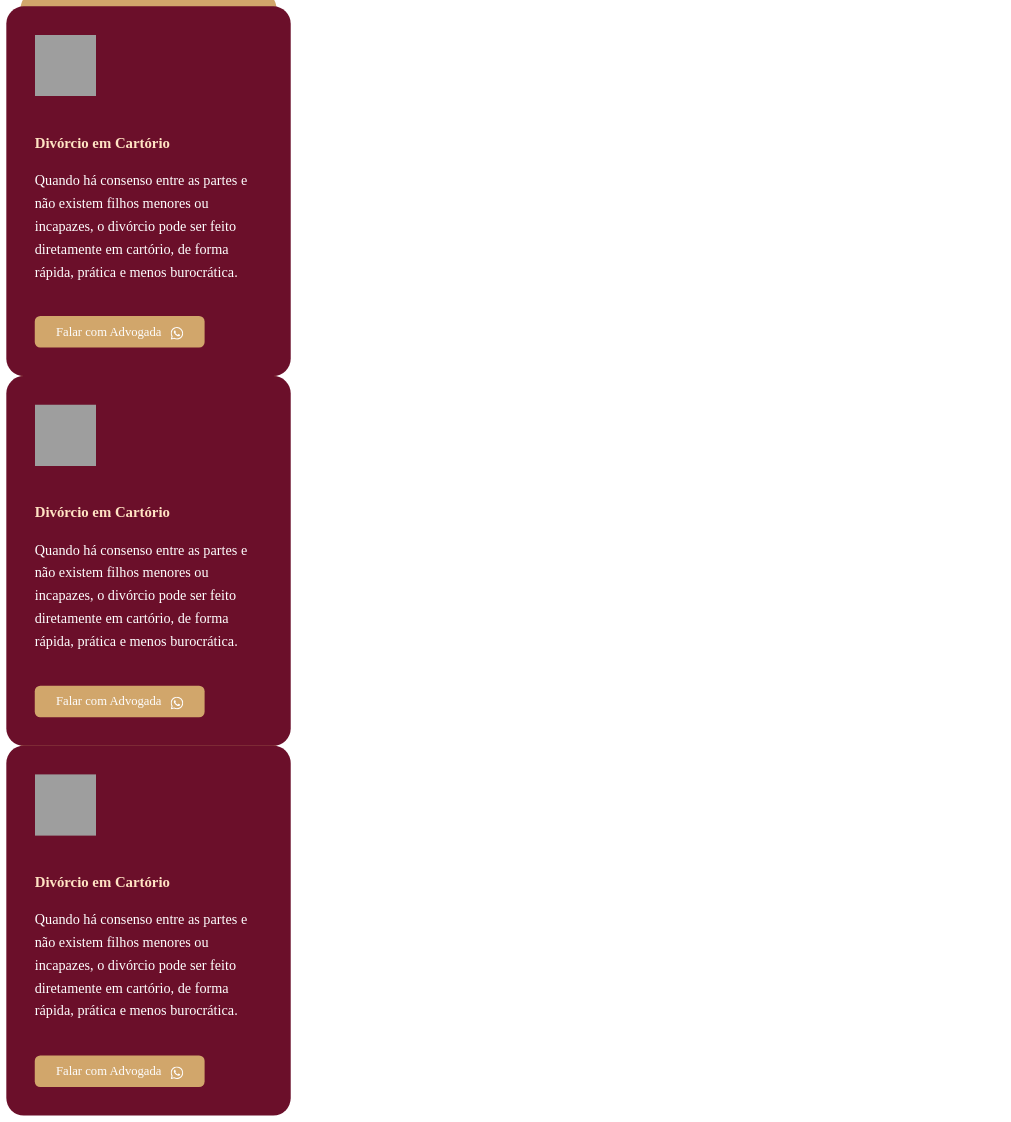
Repository: EmanuelVieiira/landing-page-advocacia
Page: teste.html
The author's editor kept a copy of each file at every save. The page is drawn from the files as they stood at one save, then again after a run of saves.
The browser window is 1280 px wide. The pictures show the whole page, at 79% of full size.
Pictures or frames that could not be fetched are drawn as grey boxes.

Above is the page before, as saved 2026-02-05 15:28:18.

### teste.html
<!DOCTYPE html>
<html lang="en">
<head>
    <meta charset="UTF-8">
    <meta name="viewport" content="width=device-width, initial-scale=1.0">
    <title>Document</title>
    <style>

        .card {
  position: relative;
  display: flex;
  align-items: center;
  justify-content: center;
  width: 360px;
  border-radius: 24px;
  line-height: 1.6;
  transition: all 0.48s cubic-bezier(0.23, 1, 0.32, 1);
}

.icone {
  width: 78px;
  height: 78px;
  margin-bottom: 1px;
}
.text h3 {
 color: bisque;
}
.content {
  display: flex;
  flex-direction: column;
  align-items: flex-start;
  justify-content: center;
  gap: 24px;
  padding: 36px;
  border-radius: 22px;
  color: #ffffff;
  overflow: hidden;
  background: #6B0F2A;
  transition: all 0.48s cubic-bezier(0.23, 1, 0.32, 1);
}

.content::before {
  position: absolute;
  content: "";
  top: -4%;
  left: 50%;
  width: 90%;
  height: 90%;
  transform: translate(-50%);
  background: #d1a66b;
  z-index: -1;
  transform-origin: bottom;

  border-radius: inherit;
  transition: all 0.48s cubic-bezier(0.23, 1, 0.32, 1);
}

.content::after {
  position: absolute;
  content: "";
  top: -8%;
  left: 50%;
  width: 80%;
  height: 80%;
  transform: translate(-50%);
  background: #d1a66b;
  z-index: -2;
  transform-origin: bottom;
  border-radius: inherit;
  transition: all 0.48s cubic-bezier(0.23, 1, 0.32, 1);
}

.content svg {
  width: 48px;
  height: 48px;
}

.content .para {
  z-index: 1;
  opacity: 1;
  font-size: 18px;
  transition: all 0.48s cubic-bezier(0.23, 1, 0.32, 1);
}

.content .link {
  z-index: 1;
  color: #d1a66b;
  text-decoration: none;
  font-family: inherit;
  font-size: 16px;
  transition: all 0.48s cubic-bezier(0.23, 1, 0.32, 1);
}

.content .link:hover {
  text-decoration: underline;
}

.card:hover {
  transform: translate(0px, -16px);
}

.card:hover .content::before {
  rotate: -7deg;
  top: 0;
  width: 100%;
  height: 100%;
}

.card:hover .content::after {
  rotate: 7deg;
  top: 0;
  width: 100%;
  height: 100%;
}
.btn-whatsapp {
    background-color: #d1a66b;;
    color:#fdfdfd;;
    padding: 7px 27px;
    text-decoration: none;
    border-radius: 7px;

}
.btn-whatsapp svg {
    width: 16px;

    height: 16px;
}

    </style>
</head>
<body>
    <div class="card">
  <div class="content">

<img src="/img/divorcio.png" alt="ícone de divórcio"   class="icone">

    <div class="text">
        <h3>Divórcio em Cartório</h3>

    <p class="para">
     Quando há consenso entre as partes e não existem filhos menores ou incapazes, o divórcio pode ser feito diretamente em cartório, de forma rápida, prática e menos burocrática.
    </p></div>
    <a href="https://wa.me/5511999999999" target="_blank" class="btn-whatsapp">
                        <span>
                            Falar com Advogada
                            <svg xmlns="http://www.w3.org/2000/svg" width="20" height="20" fill="currentColor" viewBox="0 0 16 16" style="display: inline-block; margin-left: 8px; vertical-align: middle;">
                                <path d="M13.601 2.326A7.854 7.854 0 0 0 7.994 0C3.627 0 .068 3.558.064 7.926c0 1.399.366 2.76 1.057 3.965L0 16l4.204-1.102a7.933 7.933 0 0 0 3.79.965h.004c4.368 0 7.926-3.558 7.93-7.93A7.898 7.898 0 0 0 13.6 2.326zM7.994 14.521a6.573 6.573 0 0 1-3.356-.92l-.24-.144-2.494.654.666-2.433-.156-.251a6.56 6.56 0 0 1-1.007-3.505c0-3.626 2.957-6.584 6.591-6.584a6.56 6.56 0 0 1 4.66 1.931 6.557 6.557 0 0 1 1.928 4.66c-.004 3.639-2.961 6.592-6.592 6.592zm3.615-4.934c-.197-.099-1.17-.578-1.353-.646-.182-.065-.315-.099-.445.099-.133.197-.513.646-.627.775-.114.133-.232.148-.43.05-.197-.1-.836-.308-1.592-.985-.59-.525-.985-1.175-1.103-1.372-.114-.198-.011-.304.088-.403.087-.088.197-.232.296-.346.1-.114.133-.198.198-.33.065-.134.034-.248-.015-.347-.05-.099-.445-1.076-.612-1.47-.16-.389-.323-.335-.445-.34-.114-.007-.247-.007-.38-.007a.729.729 0 0 0-.529.247c-.182.198-.691.677-.691 1.654 0 .977.71 1.916.81 2.049.098.133 1.394 2.132 3.383 2.992.47.205.84.326 1.129.418.475.152.904.129 1.246.08.38-.058 1.171-.48 1.338-.943.164-.464.164-.86.114-.943-.049-.084-.182-.133-.38-.232z"/>
                            </svg>
                        </span>
                    </a>
  </div>

</div>

    <div class="card">
  <div class="content">

<img src="/img/divorcio.png" alt="ícone de divórcio"   class="icone">

    <div class="text">
        <h3>Divórcio em Cartório</h3>

    <p class="para">
     Quando há consenso entre as partes e não existem filhos menores ou incapazes, o divórcio pode ser feito diretamente em cartório, de forma rápida, prática e menos burocrática.
    </p></div>
    <a href="https://wa.me/5511999999999" target="_blank" class="btn-whatsapp">
                        <span>
                            Falar com Advogada
                            <svg xmlns="http://www.w3.org/2000/svg" width="20" height="20" fill="currentColor" viewBox="0 0 16 16" style="display: inline-block; margin-left: 8px; vertical-align: middle;">
                                <path d="M13.601 2.326A7.854 7.854 0 0 0 7.994 0C3.627 0 .068 3.558.064 7.926c0 1.399.366 2.76 1.057 3.965L0 16l4.204-1.102a7.933 7.933 0 0 0 3.79.965h.004c4.368 0 7.926-3.558 7.93-7.93A7.898 7.898 0 0 0 13.6 2.326zM7.994 14.521a6.573 6.573 0 0 1-3.356-.92l-.24-.144-2.494.654.666-2.433-.156-.251a6.56 6.56 0 0 1-1.007-3.505c0-3.626 2.957-6.584 6.591-6.584a6.56 6.56 0 0 1 4.66 1.931 6.557 6.557 0 0 1 1.928 4.66c-.004 3.639-2.961 6.592-6.592 6.592zm3.615-4.934c-.197-.099-1.17-.578-1.353-.646-.182-.065-.315-.099-.445.099-.133.197-.513.646-.627.775-.114.133-.232.148-.43.05-.197-.1-.836-.308-1.592-.985-.59-.525-.985-1.175-1.103-1.372-.114-.198-.011-.304.088-.403.087-.088.197-.232.296-.346.1-.114.133-.198.198-.33.065-.134.034-.248-.015-.347-.05-.099-.445-1.076-.612-1.47-.16-.389-.323-.335-.445-.34-.114-.007-.247-.007-.38-.007a.729.729 0 0 0-.529.247c-.182.198-.691.677-.691 1.654 0 .977.71 1.916.81 2.049.098.133 1.394 2.132 3.383 2.992.47.205.84.326 1.129.418.475.152.904.129 1.246.08.38-.058 1.171-.48 1.338-.943.164-.464.164-.86.114-.943-.049-.084-.182-.133-.38-.232z"/>
                            </svg>
                        </span>
                    </a>
  </div>

</div>

    <div class="card">
  <div class="content">

<img src="/img/divorcio.png" alt="ícone de divórcio"   class="icone">

    <div class="text">
        <h3>Divórcio em Cartório</h3>

    <p class="para">
     Quando há consenso entre as partes e não existem filhos menores ou incapazes, o divórcio pode ser feito diretamente em cartório, de forma rápida, prática e menos burocrática.
    </p></div>
    <a href="https://wa.me/5511999999999" target="_blank" class="btn-whatsapp">
                        <span>
                            Falar com Advogada
                            <svg xmlns="http://www.w3.org/2000/svg" width="20" height="20" fill="currentColor" viewBox="0 0 16 16" style="display: inline-block; margin-left: 8px; vertical-align: middle;">
                                <path d="M13.601 2.326A7.854 7.854 0 0 0 7.994 0C3.627 0 .068 3.558.064 7.926c0 1.399.366 2.76 1.057 3.965L0 16l4.204-1.102a7.933 7.933 0 0 0 3.79.965h.004c4.368 0 7.926-3.558 7.93-7.93A7.898 7.898 0 0 0 13.6 2.326zM7.994 14.521a6.573 6.573 0 0 1-3.356-.92l-.24-.144-2.494.654.666-2.433-.156-.251a6.56 6.56 0 0 1-1.007-3.505c0-3.626 2.957-6.584 6.591-6.584a6.56 6.56 0 0 1 4.66 1.931 6.557 6.557 0 0 1 1.928 4.66c-.004 3.639-2.961 6.592-6.592 6.592zm3.615-4.934c-.197-.099-1.17-.578-1.353-.646-.182-.065-.315-.099-.445.099-.133.197-.513.646-.627.775-.114.133-.232.148-.43.05-.197-.1-.836-.308-1.592-.985-.59-.525-.985-1.175-1.103-1.372-.114-.198-.011-.304.088-.403.087-.088.197-.232.296-.346.1-.114.133-.198.198-.33.065-.134.034-.248-.015-.347-.05-.099-.445-1.076-.612-1.47-.16-.389-.323-.335-.445-.34-.114-.007-.247-.007-.38-.007a.729.729 0 0 0-.529.247c-.182.198-.691.677-.691 1.654 0 .977.71 1.916.81 2.049.098.133 1.394 2.132 3.383 2.992.47.205.84.326 1.129.418.475.152.904.129 1.246.08.38-.058 1.171-.48 1.338-.943.164-.464.164-.86.114-.943-.049-.084-.182-.133-.38-.232z"/>
                            </svg>
                        </span>
                    </a>
  </div>

</div>

</body>
</html>

After the next 2 saves:
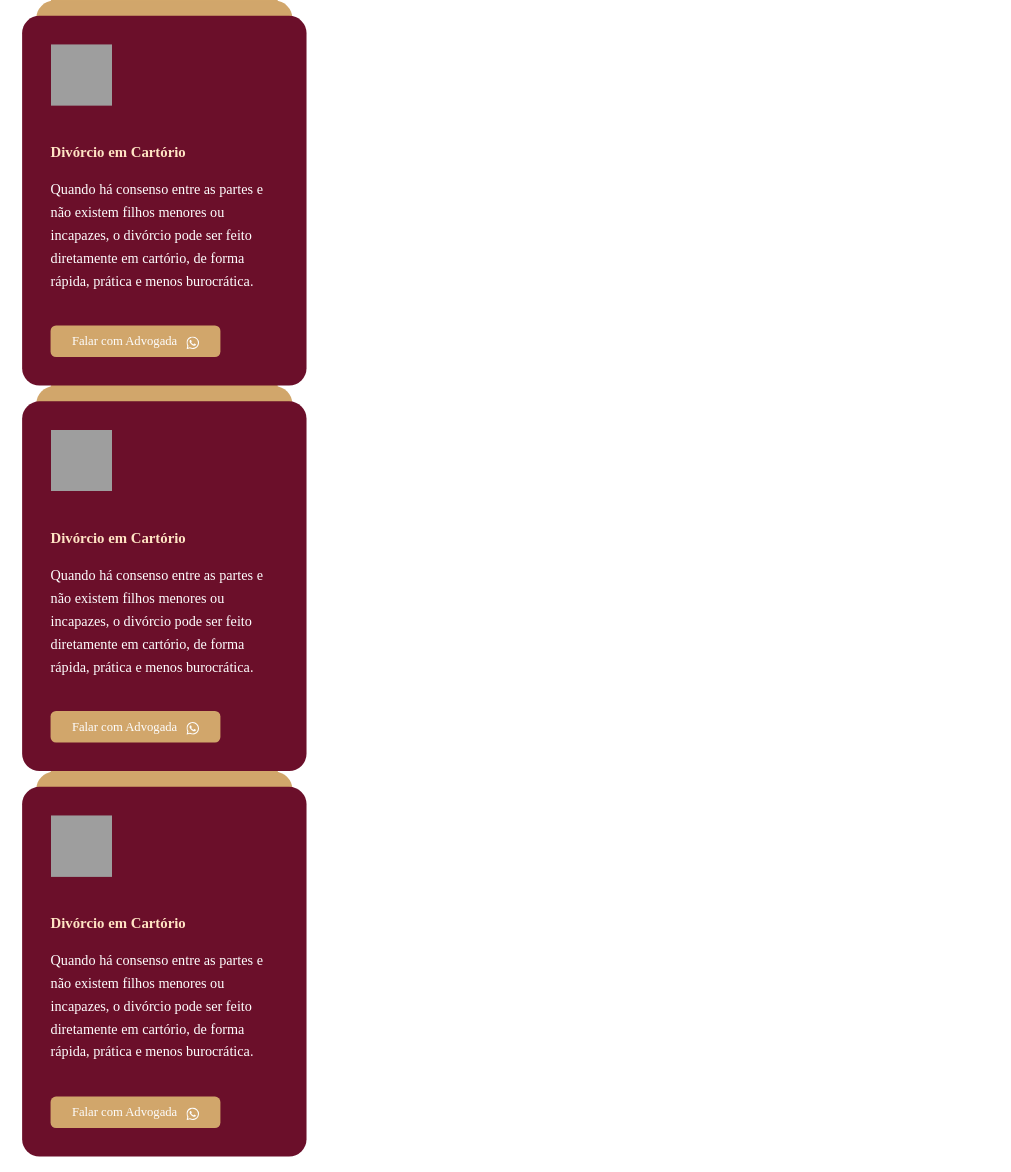
The 2 saves are shown as one change because they came seconds apart.
The last was saved 5 s later.
--- a/teste.html
+++ b/teste.html
@@ -5,7 +5,18 @@
     <meta name="viewport" content="width=device-width, initial-scale=1.0">
     <title>Document</title>
     <style>
-
+       .card {
+  position: relative;
+  display: flex;
+  align-items: center;
+  justify-content: center;
+  width: 360px;
+  border-radius: 24px;
+  line-height: 1.6;
+  transition: all 0.48s cubic-bezier(0.23, 1, 0.32, 1);
+
+  margin: 20px; /* adiciona espaço entre os cards */
+}
         .card {
   position: relative;
   display: flex;
